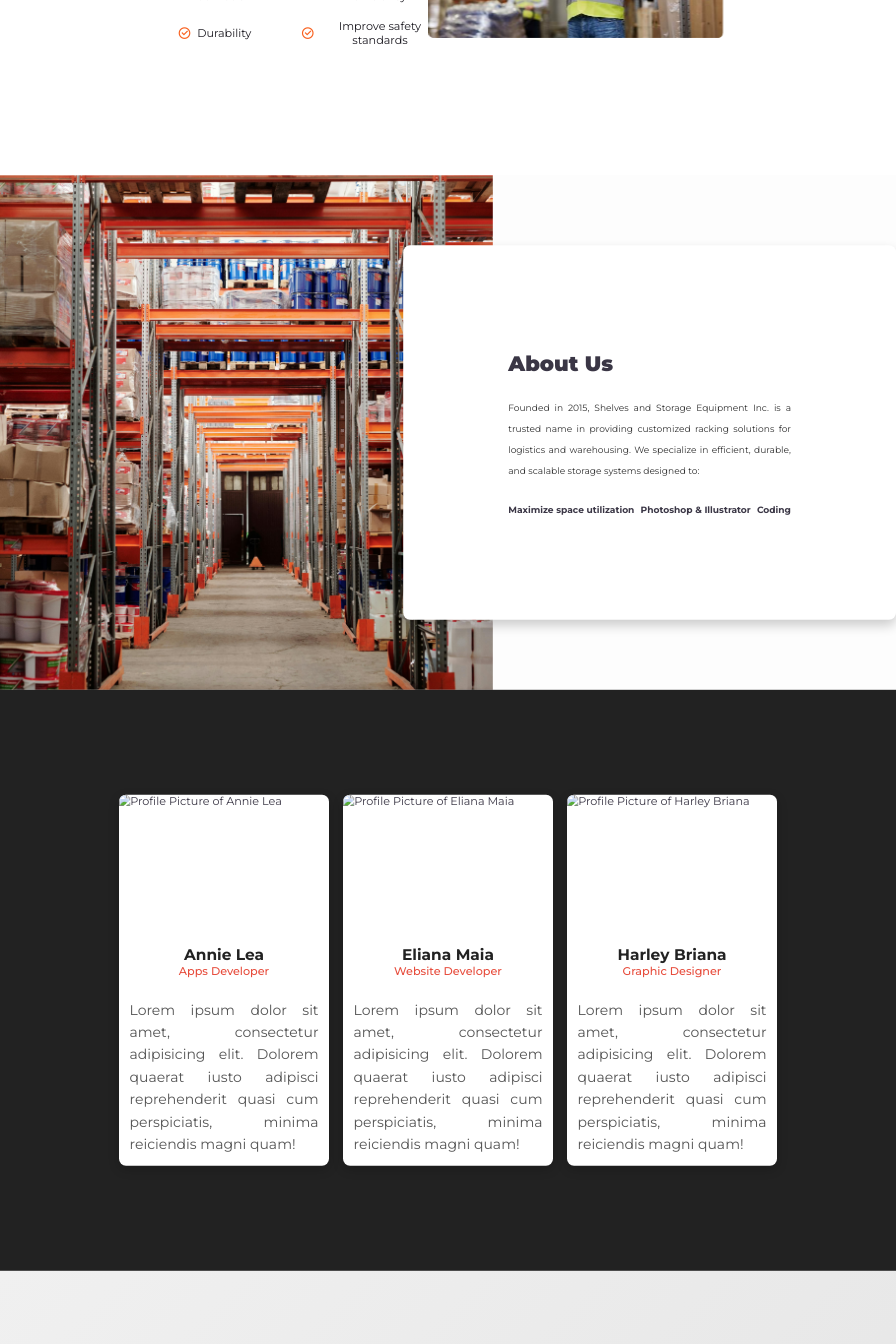
Repository: jahatesu/shelves-and-storage-equipment
Page: index.html
The author's editor kept a copy of each file at every save. The page is drawn from the files as they stood at one save, then again after the next save.
The browser window is 1280 px wide. The pictures show the part of the page from y = 1169 to 3089 px (the page is 7794 px tall before and 7810 px after), at 70% of full size.
A picture or video elsewhere on the page could not be fetched, so the positions and the page height are approximate. Backgrounds fixed to the window are drawn as part of the page. Some web fonts or font styles are not loaded; a fallback is used. Some web libraries are served in a nearby version.

Above is the page before, as saved 2025-01-25 19:15:30.
Console error: TypeError: Cannot read properties of null (reading 'querySelector')

After the next save:
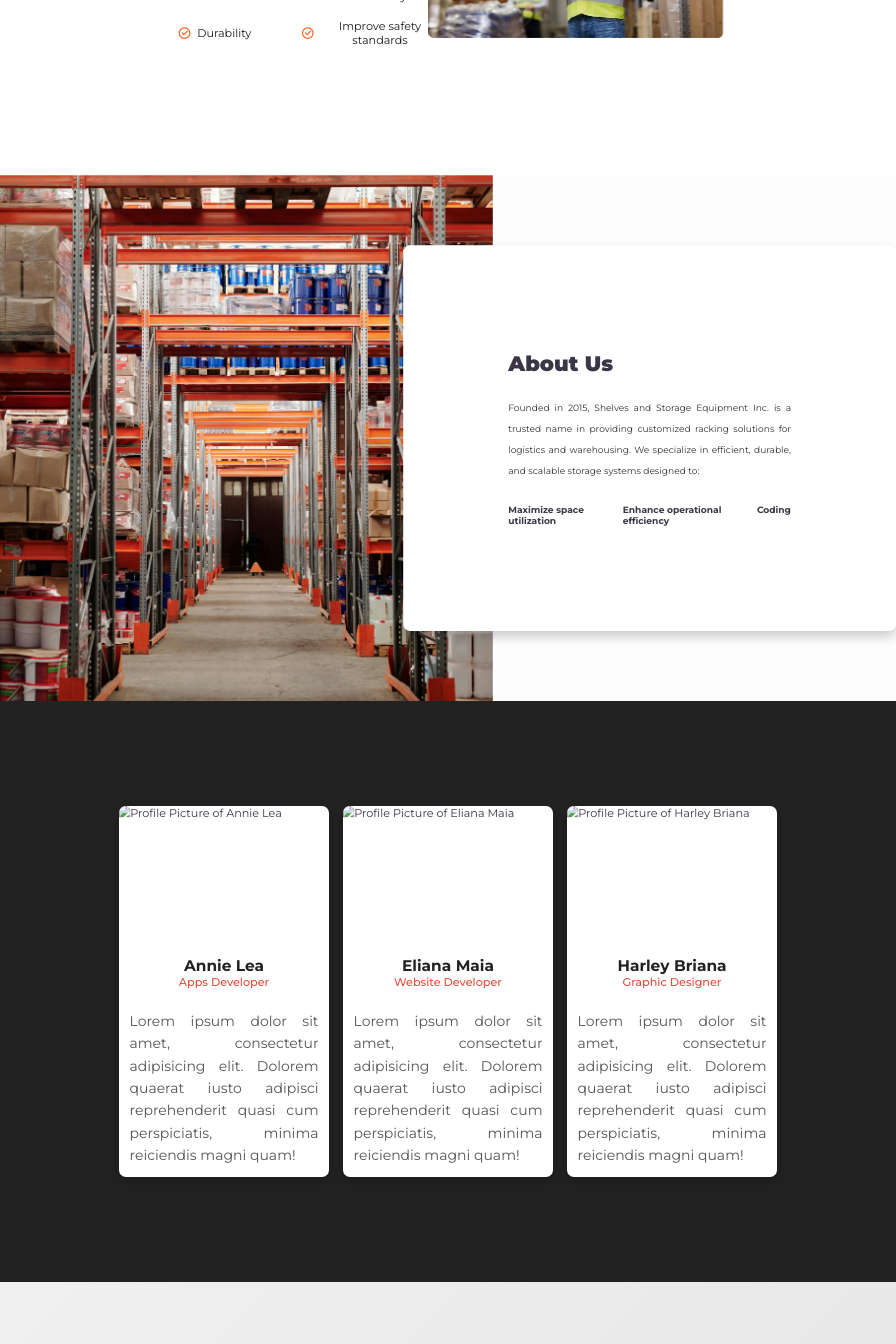
Saved 7 s later.
--- a/index.html
+++ b/index.html
@@ -95,7 +95,7 @@
             </p>
             <div class="skills">
                 <span>Maximize space utilization</span>
-                <span>Photoshop & Illustrator</span>
+                <span>Enhance operational efficiency</span>
                 <span>Coding</span>
             </div>
         </div>
